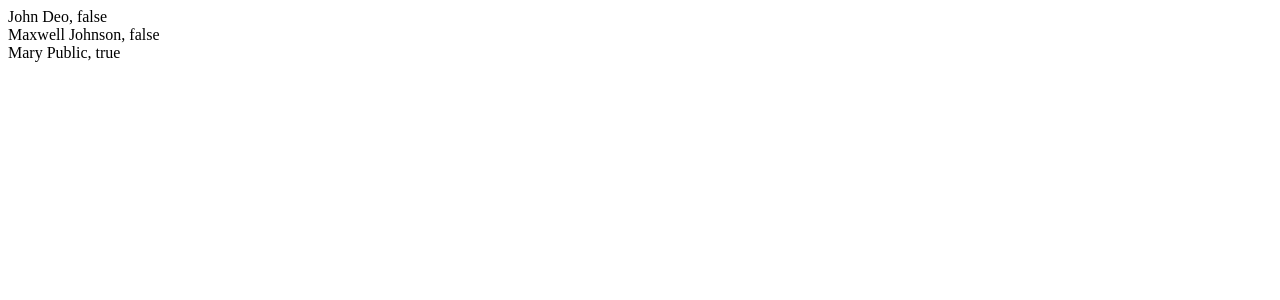
Repository: aashigupta165/advance-java
Page: http://localhost/notes/foreach-student-test.jsp
These files come from the project's save history. The page is drawn as it stood at one moment and after the next save; the edit follows.
The browser window is 1280 px wide. The pictures show the whole page.
The page is served by Tomcat 9. Nobody is signed in. The application's start-up code is not run. Other server files are loaded and not shown.

Above is the page before, as saved 2019-08-23 18:20:48.

### notes/WebContent/foreach-student-test.jsp
<%@ taglib uri="http://java.sun.com/jsp/jstl/core" prefix="c" %>

<%@ page import="java.util.*,com.luv2code.jsp.tagdemo.Student" %>

<%

List<Student> data = new ArrayList();

data.add(new Student("John", "Deo", false));
data.add(new Student("Maxwell", "Johnson", false));
data.add(new Student("Mary", "Public", true));

pageContext.setAttribute("myStudents", data);

%>

<html>

<body>

<c:forEach var="tempStudent" items="${myStudents}">
${tempStudent.firstName} ${tempStudent.lastName}, ${tempStudent.goldCustomer}
<br/>
</c:forEach>

</body>

</html>

### notes/src/com/luv2code/jsp/tagdemo/Student.java
package com.luv2code.jsp.tagdemo;

public class Student {
	private String firstName;
	private String lastName;
	private boolean goldCustomer;
	public Student(String firstName, String lastName, boolean goldCustomer) {
		super();
		this.firstName = firstName;
		this.lastName = lastName;
		this.goldCustomer = goldCustomer;
	}
	public String getFirstName() {
		return firstName;
	}
	public void setFirstName(String firstName) {
		this.firstName = firstName;
	}
	public String getLastName() {
		return lastName;
	}
	public void setLastName(String lastName) {
		this.lastName = lastName;
	}
	public boolean isGoldCustomer() {
		return goldCustomer;
	}
	public void setGoldCustomer(boolean goldCustomer) {
		this.goldCustomer = goldCustomer;
	}
}

After the next save:
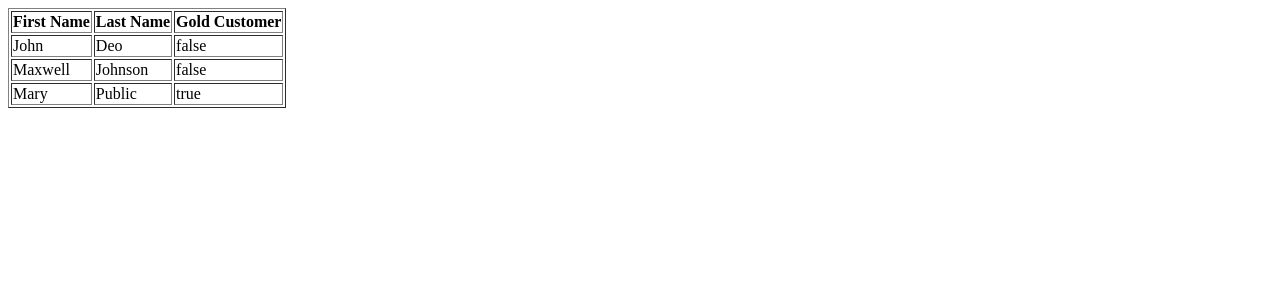
Saved 5 min 30 s later.
--- a/notes/WebContent/foreach-student-test.jsp
+++ b/notes/WebContent/foreach-student-test.jsp
@@ -18,10 +18,25 @@ pageContext.setAttribute("myStudents", data);
 
 <body>
 
+<table border="1">
+
+<tr>
+<th>First Name</th>
+<th>Last Name</th>
+<th>Gold Customer</th>
+</tr>
+
 <c:forEach var="tempStudent" items="${myStudents}">
-${tempStudent.firstName} ${tempStudent.lastName}, ${tempStudent.goldCustomer}
-<br/>
+
+<tr>
+<td>${tempStudent.firstName}</td>
+<td>${tempStudent.lastName}</td>
+<td>${tempStudent.goldCustomer}</td>
+</tr>
+
 </c:forEach>
+
+</table>
 
 </body>
 
